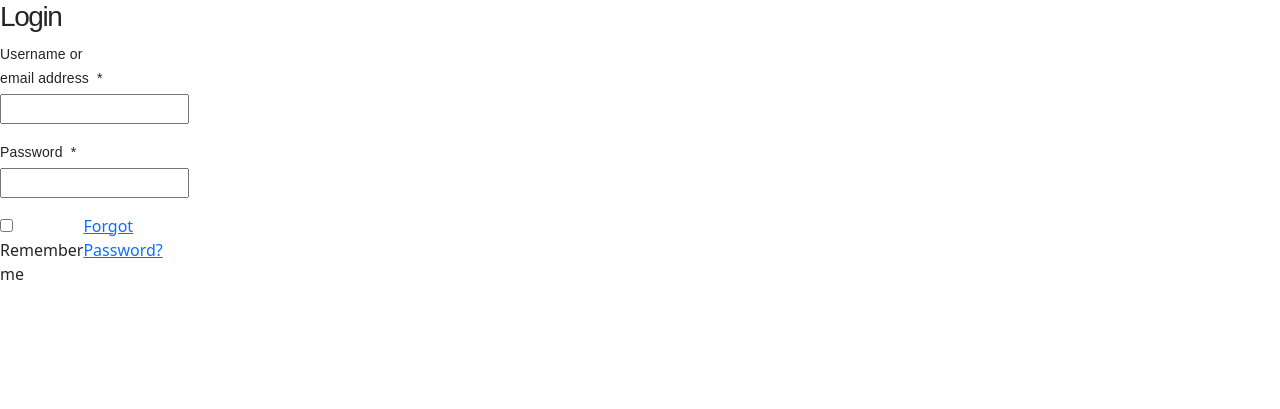
Repository: NguyenDo13/BE2-NhomH
Page: module-20,21/index.html
An editor plug-in stored every save of this project. The page is shown before and after the next save, followed by the edit.
The browser window is 1280 px wide. The pictures show the whole page.

Above is the page before, as saved 2022-05-21 07:25:48.

After the next save:
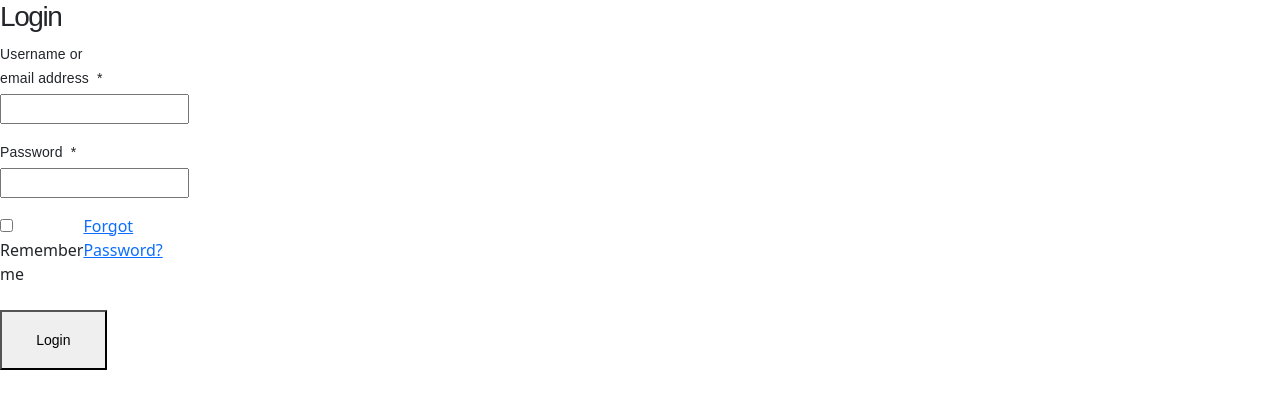
Saved 29 s later.
--- a/module-20,21/index.html
+++ b/module-20,21/index.html
@@ -39,6 +39,10 @@
                                 </div>
                                 <a href="" class="text-v-dark font-weight-semibold">Forgot Password?</a>
                             </div>
+                            <p class="form-row mb-3 mb-lg-0 pb-1 pb-lg-0">
+                                <input type="hidden" id="woocommerce-login-nonce" name="woocommerce-login-nonce" value="ca1cd3182f" /><input type="hidden" name="_wp_http_referer" value="/wordpress/porto/shop1/my-account/" /> <button type="submit" class="woocommerce-Button button login-btn btn-v-dark py-3 text-md w-100"
+                                    name="login" value="Login">Login</button>
+                            </p>
                         </form>
                     </div>
                     <div class="u-column2 col-2"></div>
